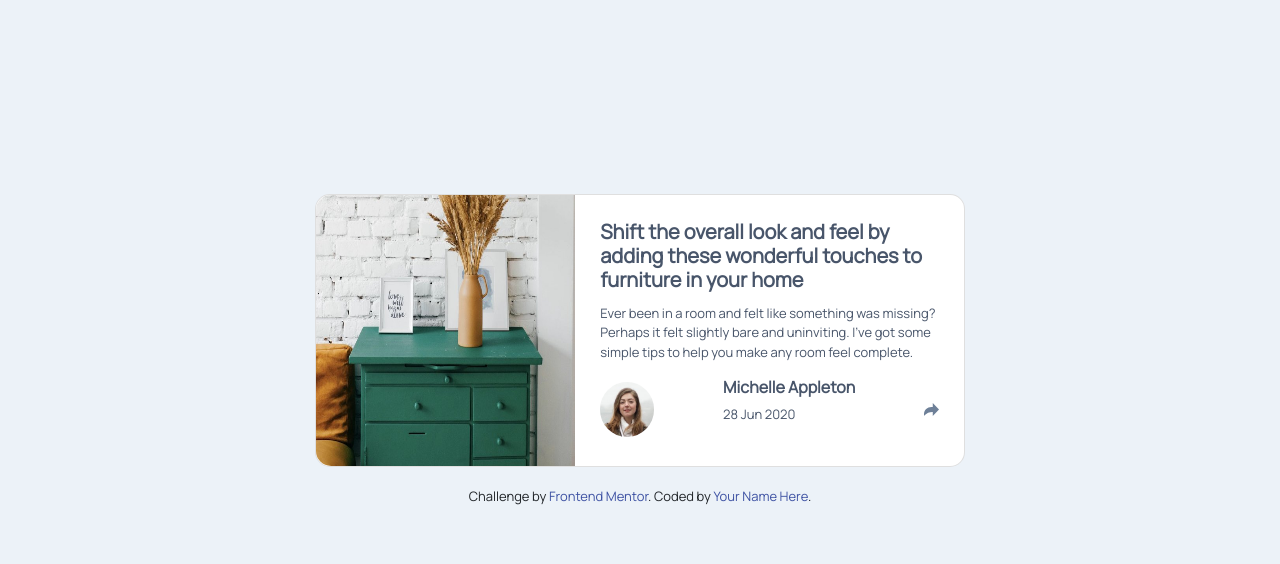
Repository: timiodulate/Article-Preview-Component
Page: index.html
These files come from the project's save history. The page is drawn as it stood at one moment and after a run of saves; the edit follows.
The browser window is 1280 px wide. The pictures show the whole page.

Above is the page before, as saved 2020-07-11 12:48:57.

### index.html
<!DOCTYPE html>
<html lang="en">
<head>
  <meta charset="UTF-8">
  <meta name="viewport" content="width=device-width, initial-scale=1.0"> <!-- displays site properly based on user's device -->

  <link rel="icon" type="image/png" sizes="32x32" href="./images/favicon-32x32.png">

  <!-- Bootstrap -->
  <link rel="stylesheet" href="./css/bootstrap.min.css">

  <!-- Custom Style -->
  <link rel="stylesheet" href="./css/style.css">

  <title>Frontend Mentor | Article preview component</title>
</head>
<body>

  <div class="container-fluid d-flex flex-column justify-content-center align-items-center p-30">

    <div class="card">

      <img src="./images/drawers.jpg" alt="drawers" class="card-img-top img-fluid" >

      <div class="card-body">
        <h5 class="card-title">
          Shift the overall look and feel by adding these wonderful
          touches to furniture in your home
        </h5>
        <p class="card-text">
          Ever been in a room and felt like something was missing? Perhaps
          it felt slightly bare and uninviting. I’ve got some simple tips
          to help you make any room feel complete.
        </p>

        <div class="userDetails d-flex justify-content-between align-items-center">
          <img src="./images/avatar-michelle.jpg" alt="avatarImage" class="rounded-circle img-fluid avatarImage">

          <div class="nameDate">
            <h6>
              Michelle Appleton
            </h6>
            <p>
              28 Jun 2020
            </p>
          </div>

          <img src="./images/icon-share.svg" alt="">
        </div>
      </div>
    </div>
  </div>
  <div class="attribution">
    Challenge by <a href="https://www.frontendmentor.io?ref=challenge" target="_blank">Frontend Mentor</a>.
    Coded by <a href="#">Your Name Here</a>.
  </div>
</body>

  <script src="https://code.jquery.com/jquery-3.5.1.slim.min.js" integrity="sha384-DfXdz2htPH0lsSSs5nCTpuj/zy4C+OGpamoFVy38MVBnE+IbbVYUew+OrCXaRkfj" crossorigin="anonymous"></script>
  <script src="./js/bootstrap.min.js"></script>
</body>
</html>

### css/style.css
@import url('http://fonts.googleapis.com/css?family=Manrope');

/* Global Resets */
* {
    padding: 0;
    margin: 0;
    box-sizing: border-box;
}

html {
    /* font-family */
    --body: Manrope;

    /* font-weight */
    --normal: 500;
    --bold: 700;

    /* color */
    --background: hsl(210, 46%, 95%);
    --header: hsl(217, 19%, 35%);

    --text: hsl(212, 23%, 69%);
    --last-section: hsl(214, 17%, 51%);
}

body {
    width: 100vw;
    height: 100vh;

    display: flex;
    flex-direction: column;
    justify-content: center;

    font-family: var(--body);
    font-size: 13px;
    /* background-image: url(../images/bg-intro-desktop.png); */
    background-color: var(--background);
    /* background-blend-mode: screen; */
}

h5, h6 {
    color: var(--header);
    font-weight: var(--bold);
}
p {
    color: var(--header);
}


/* .main {
    padding: 30px;
} */
.card {
    border-radius: 15px;
    width: 330px;
}
.card-img-top {
    border-radius: 15px 15px 0 0;
}
.card-body {
    padding: 35px 25px 15px;
}
.avatarImage {
    width: 16%;
}


/* footer */
footer .footer-container {
    display: grid;
    grid-template-columns: repeat(4, 1fr);
    margin-bottom: 30px;
}
.attribution {
    font-size: 13px;
    text-align: center;
    /* color: var(--text); */
    padding: 20px;
}
.attribution a {
    color: hsl(228, 45%, 44%);
    text-decoration: none;
}



/* Media Queries - Responsiveness */
/* LG - Large Screen */
@media only screen and (min-width: 380px) {
    .card {
        display: flex;
        flex-direction: row;
        width: 650px;
    }
    .card-img-top {
        width: 40%;
        border-radius: 15px 0 0 15px;
    }
    .card-body {
        padding: 25px;
    }
}

/* MD - Medium Screen */
/* @media only screen and (max-width: 765px) {
    body {
        justify-content: initial;
	height: fit-content;
    }

    footer .footer-container {
        grid-template-columns: 1fr;
        margin-bottom: 20px;
        row-gap: 15px;
    }

    .attribution {
        font-size: .6rem;
        padding: 20px 10px;
        color: white;
    }
} */

/* SM - Small Screen */
/* @media only screen and (max-width: 576px){

} */


/* @timiodulate css template */

Loaded but not shown: css/bootstrap.min.css (library); js/bootstrap.min.js (library)

After the next 2 saves:
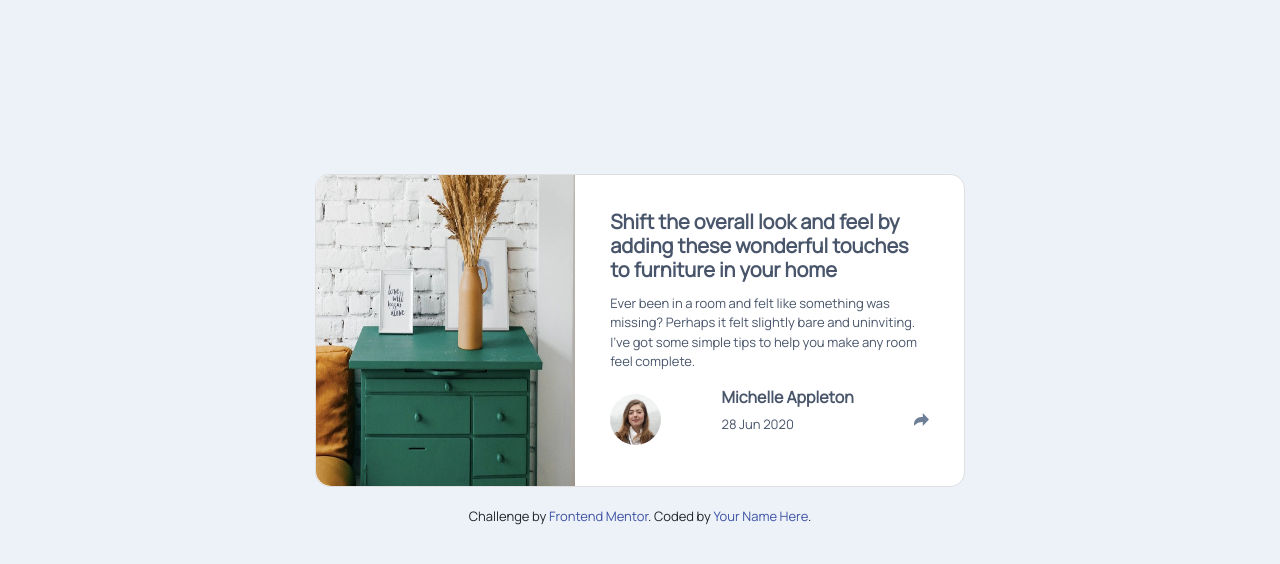
The 2 saves are shown as one change because they came seconds apart.
The last was saved 35 s later.
--- a/css/style.css
+++ b/css/style.css
@@ -97,7 +97,7 @@
         border-radius: 15px 0 0 15px;
     }
     .card-body {
-        padding: 25px;
+        padding: 35px;
     }
 }
 
